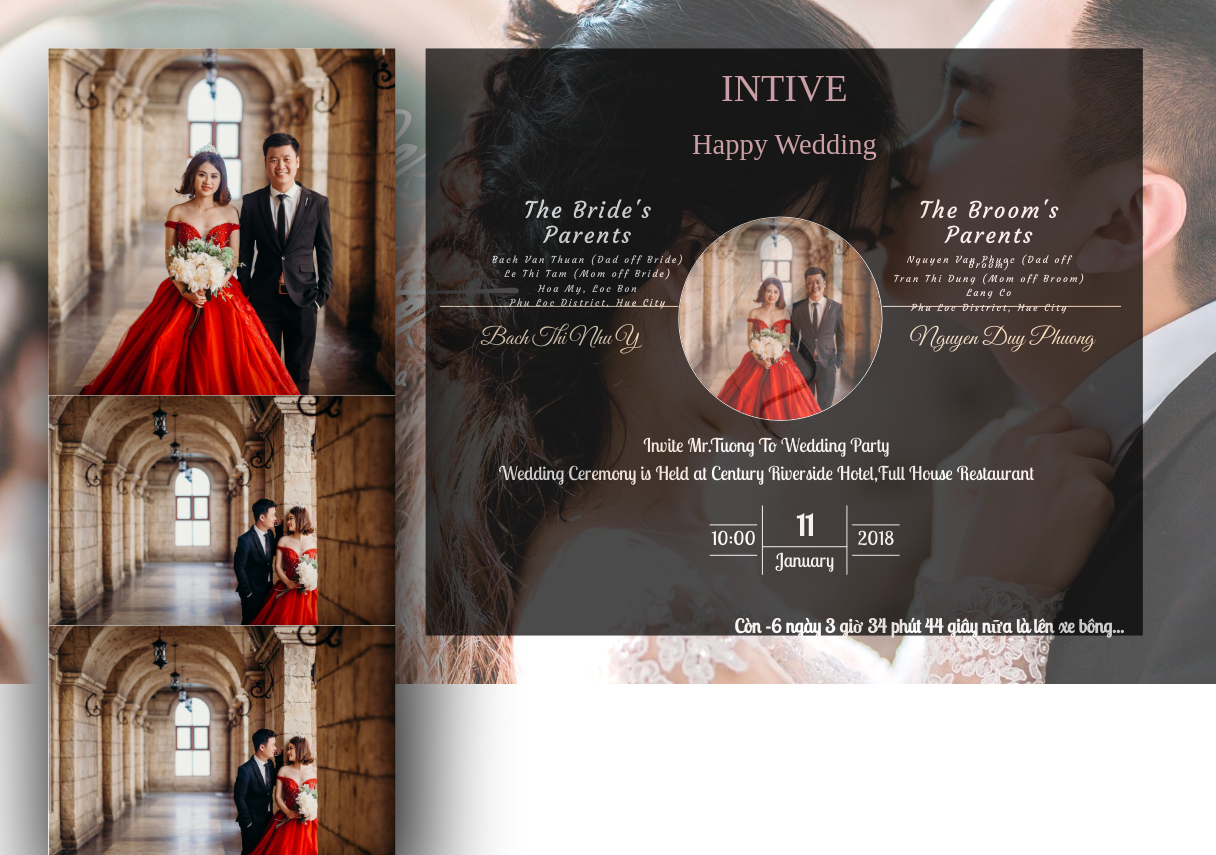
Repository: nguyenhuutuong999/WeddingOfSister
Page: index.html
These files come from the project's save history. The page is drawn as it stood at one moment and after a run of saves; the edit follows.
The browser window is 1280 px wide. The pictures show the whole page, at 95% of full size.
Some web fonts or font styles are not loaded; a fallback is used.

Above is the page before, as saved 2019-09-17 12:20:03.

After the next 2 saves:
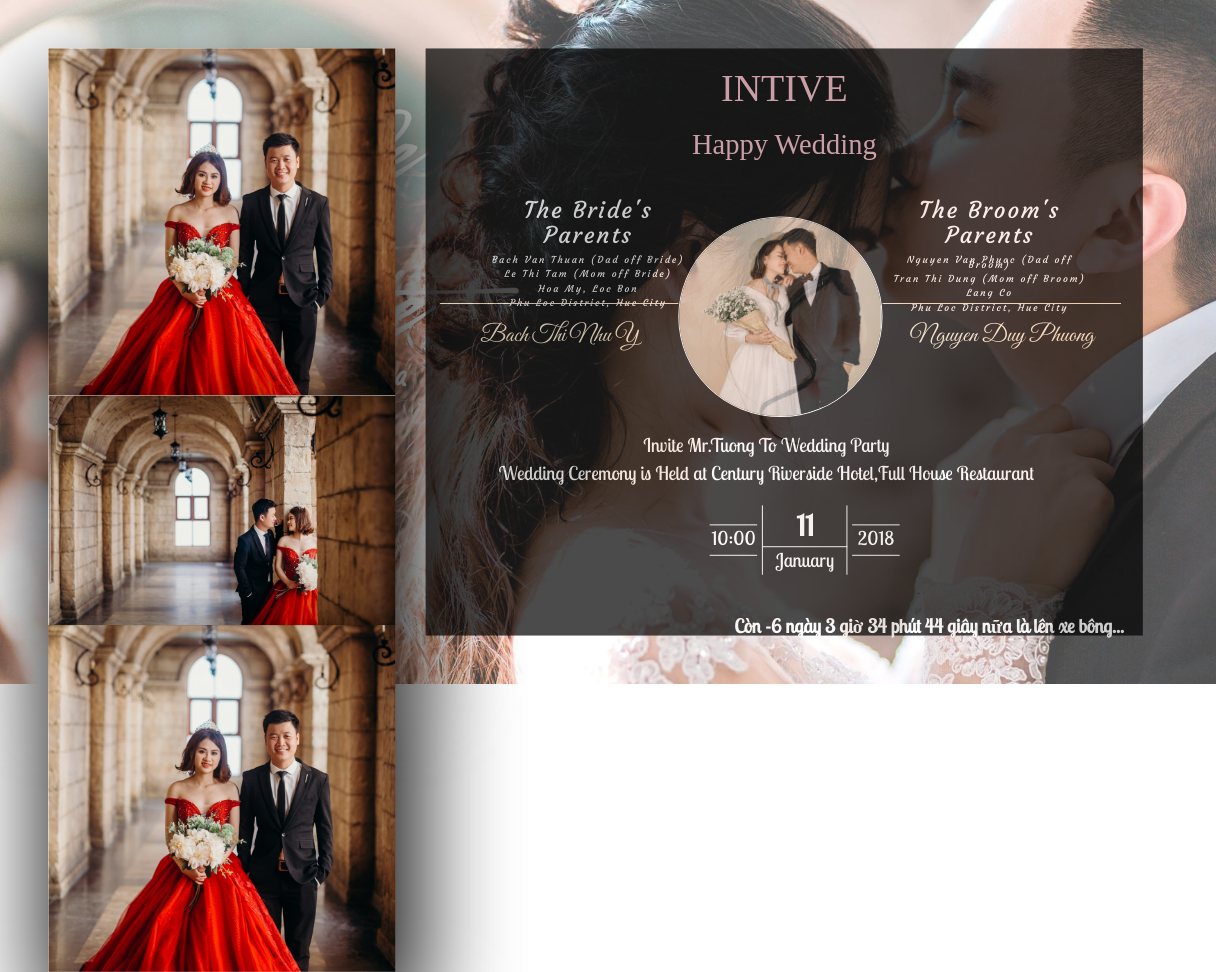
The 2 saves are shown as one change because they came seconds apart.
The last was saved 50 s later.
--- a/index.html
+++ b/index.html
@@ -31,8 +31,8 @@
 
         <div id="album">
             <img name="image_vh" src="./images/hh1.jpg" class="wow slideInLeft" data-wow-duration="1s">
-            <img name="image_vh" src="./images/hh1.jpg" class="wow slideInLeft" data-wow-duration="1s">
-            <img name="image_vh" src="./images/hh1.jpg" class="wow slideInLeft" data-wow-duration="1s">
+            <img name="image_hh" src="./images/hh1.jpg" class="wow slideInLeft" data-wow-duration="1s">
+            <img name="image_s" src="./images/hh1.jpg" class="wow slideInLeft" data-wow-duration="1s">
         </div>
         <div id="content">
             <h1 id="invite">INTIVE</h1>
